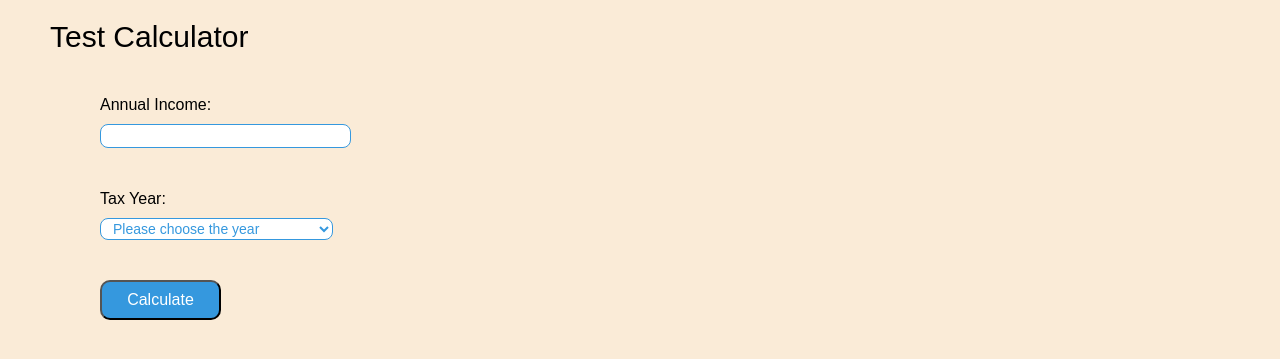
Repository: jbpadilha/taxcalculator
Page: /
The author's editor kept a copy of each file at every save. The page is drawn from the files as they stood at one save, then again after the next save.
The browser window is 1280 px wide. The pictures show the whole page.
The project was rebuilt for these pictures with package versions that can differ from the ones it lists, and the page was loaded fresh each time.

Above is the page before, as saved 2023-06-17 21:27:42.

After the next save:
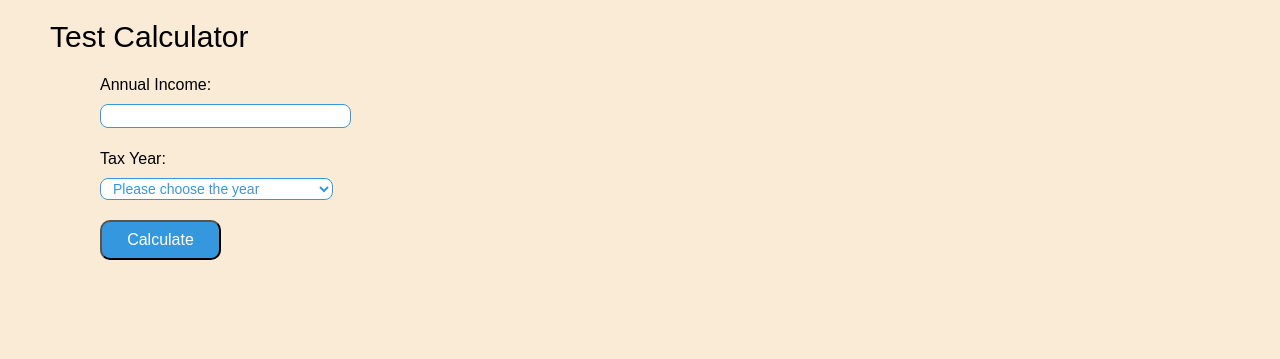
Saved 16 s later.
--- a/src/components/Main.tsx
+++ b/src/components/Main.tsx
@@ -15,7 +15,7 @@ const styles = {
         textDecoration: 'none solid rgb(0, 0, 0)',
     },
     contentInput: {
-        marginTop: 40,
+        marginTop: 20,
     },
     marginInput: {
         marginTop: 10,
